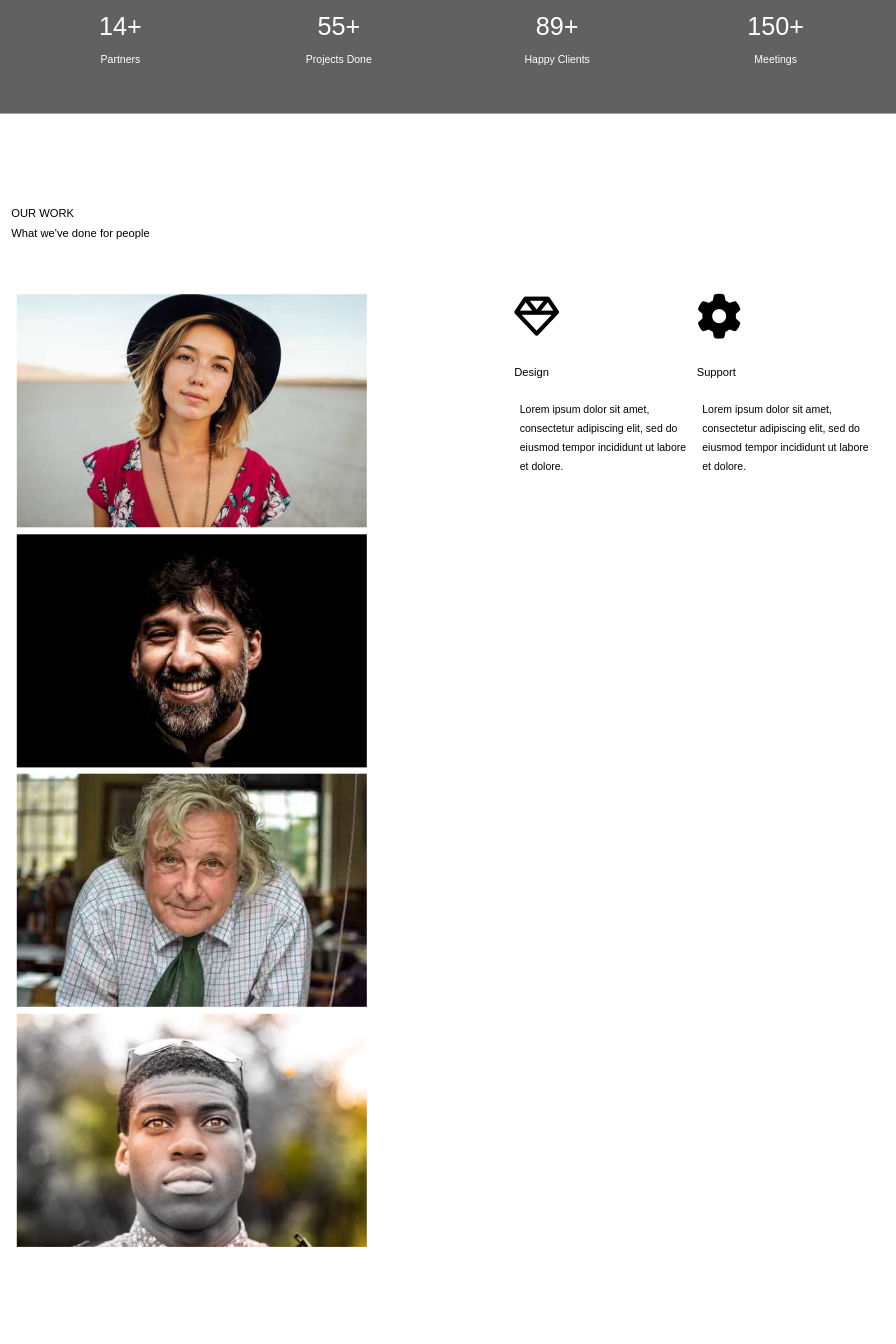
Repository: husterDC/Test
Page: index.html
The author's editor kept a copy of each file at every save. The page is drawn from the files as they stood at one save, then again after the next save.
The browser window is 1280 px wide. The pictures show the part of the page from y = 3235 to 5155 px (the page is 5155 px tall before and 4623 px after), at 70% of full size.

Above is the page before, as saved 2022-10-13 16:12:32.

After the next save:
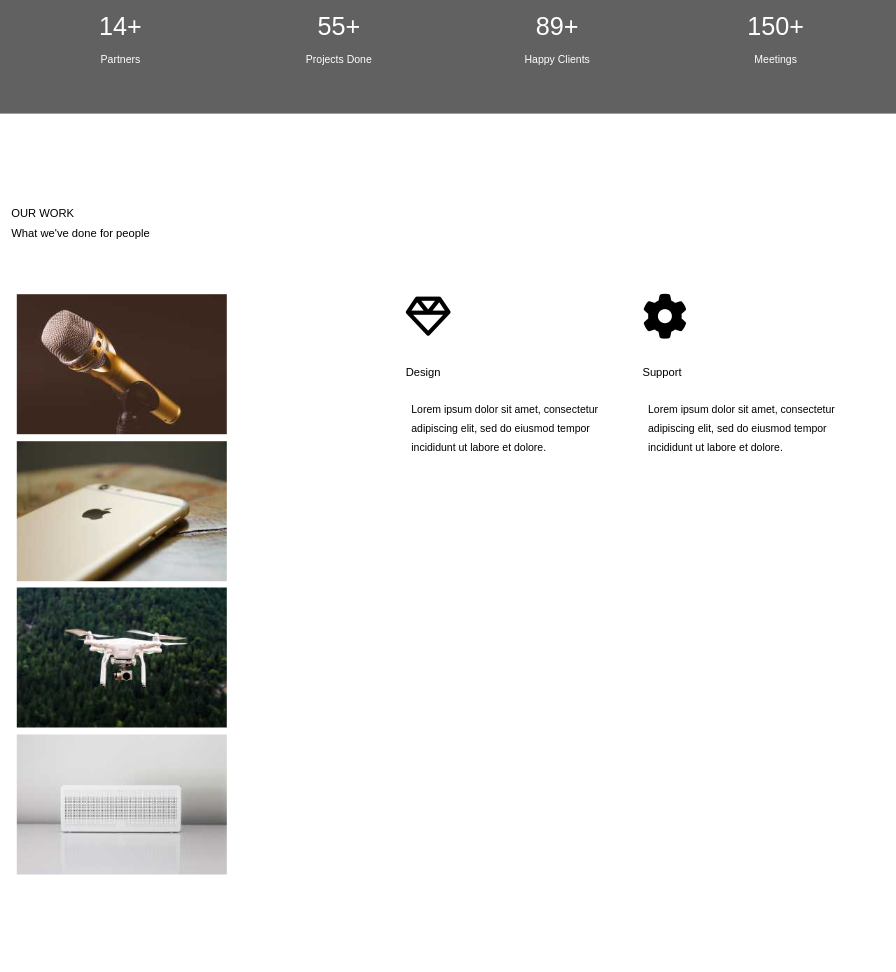
Saved 56 s later.
--- a/index.html
+++ b/index.html
@@ -182,10 +182,10 @@
             <div class="container_work-dec">What we've done for people</div>
             <div class="container_about-member">
                 <div class="container_work-list">
-                    <img src="./assets/img/team1.jpg" alt="" class="container_work-list">
-                    <img src="./assets/img/team2.jpg" alt="" class="container_work-list">
-                    <img src="./assets/img/team3.jpg" alt="" class="container_work-list">
-                    <img src="./assets/img/team4.jpg" alt="" class="container_work-list">
+                    <img src="./assets/img/work1.jpg" alt="" class="container_work-list">
+                    <img src="./assets/img/work2.jpg" alt="" class="container_work-list">
+                    <img src="./assets/img/work3.jpg" alt="" class="container_work-list">
+                    <img src="./assets/img/work4.jpg" alt="" class="container_work-list">
                 </div>
                 <div class="container_about-item">
                     <i class="container_about-item-icon fa-regular fa-gem"></i>
